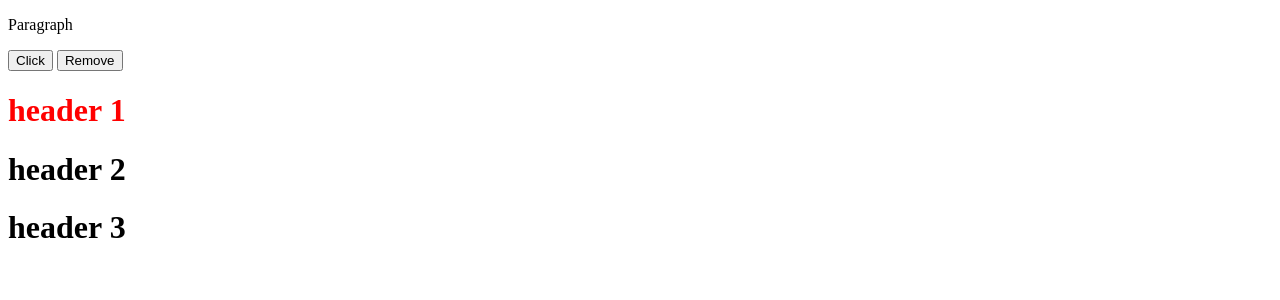
Repository: ravinforu/HTML5_CSS3_JS_Frameworks_Jul_2012-1
Page: Day01/WebContent/ajax.html
The author's editor kept a copy of each file at every save. The page is drawn from the files as they stood at one save, then again after the next save.
The browser window is 1280 px wide. The pictures show the whole page.
After loading, the first visible `#remove` was clicked once.

Above is the page before, as saved 2012-07-20 10:00:44.
Console error (its wording comes from the project's code and is left out).

After the next save:
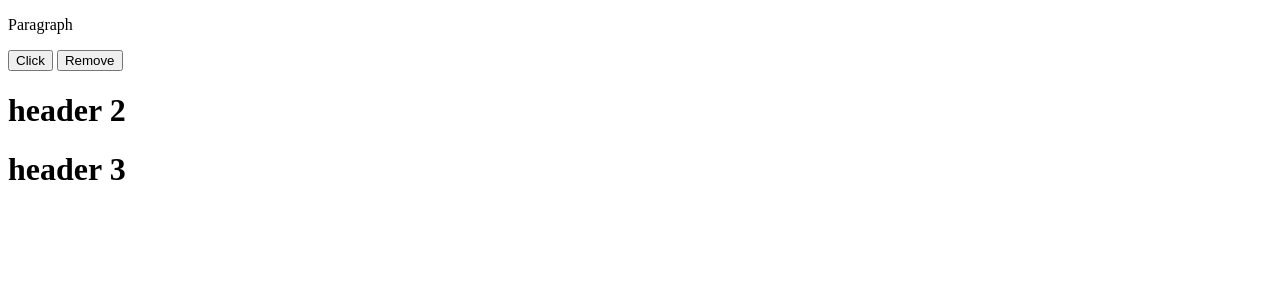
The error is gone.
Saved 15 s later.
--- a/Day01/WebContent/ajax.html
+++ b/Day01/WebContent/ajax.html
@@ -3,6 +3,9 @@
 <head>
 	<script src="jquery-1.7.2.js"></script>
 	<script>
+		function remove(){
+			$("#header1").remove();
+		}
 		function add(){
 			//$("p").prepend("<input type='text'>");
 			$("p").append("<input type='text'>");
